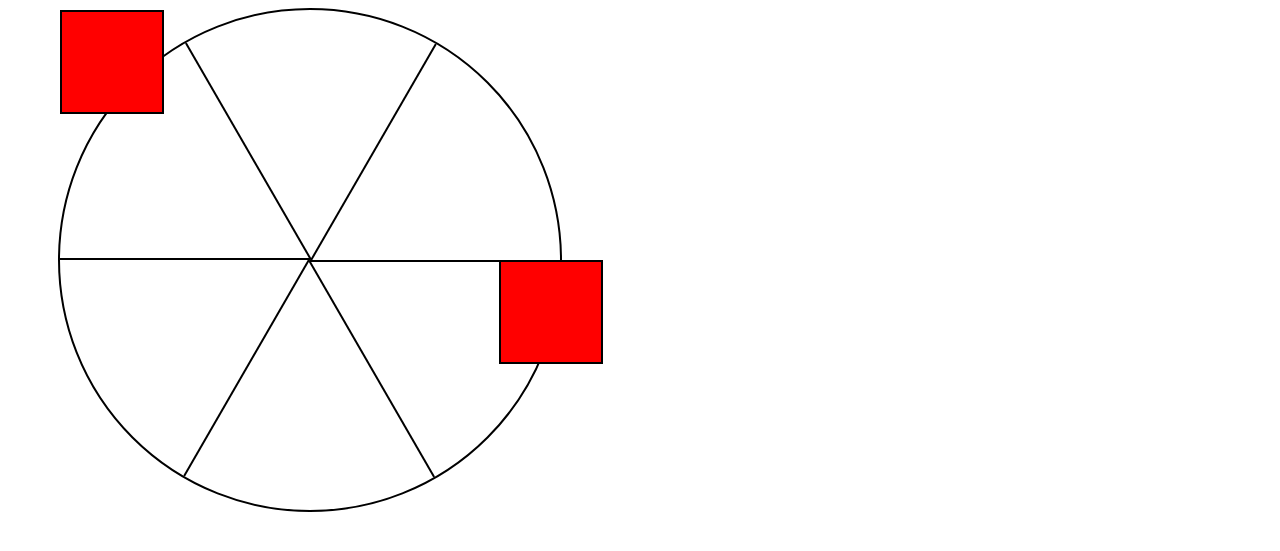
Repository: Lungdjos/ferris_wheel
Page: index.html
These files come from the project's save history. The page is drawn as it stood at one moment and after the next save; the edit follows.
The browser window is 1280 px wide. The pictures show the whole page.

Above is the page before, as saved 2024-01-11 09:11:31.

After the next save:
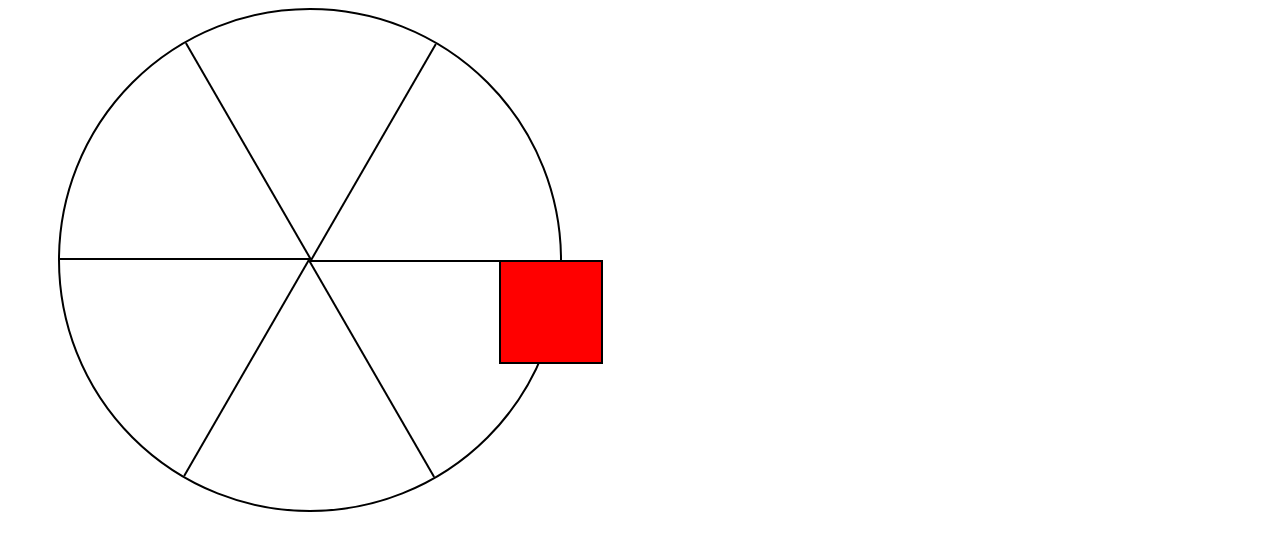
Saved 5 s later.
--- a/styles.css
+++ b/styles.css
@@ -81,7 +81,7 @@
     top: 50%;
 }
 
-.cabin:nth-of-type(1) {
+.cabin:nth-of-type(6) {
     right: -8.5%;
     top: 50%;
 }
